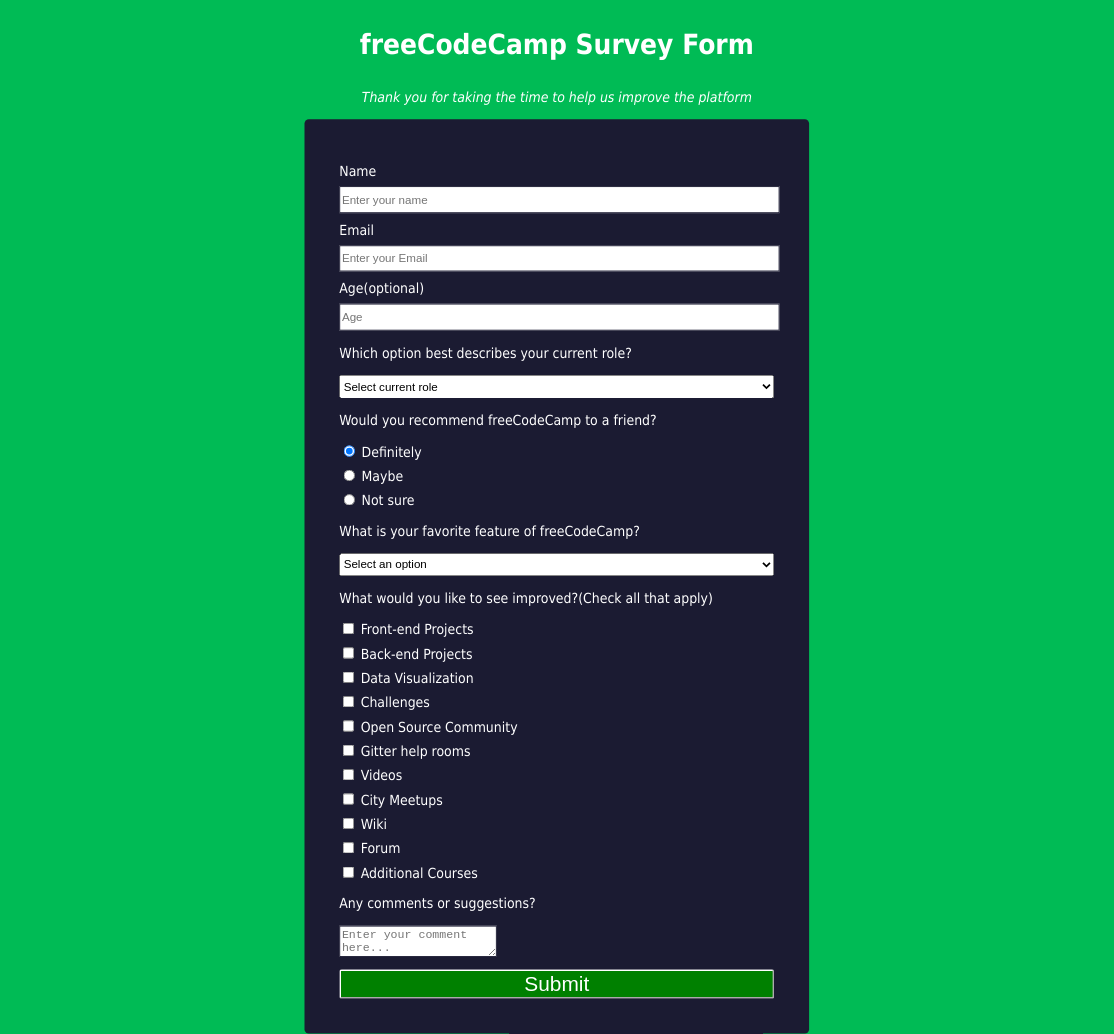
Repository: Lungdjos/survey_form_certification
Page: index.html
An editor plug-in stored every save of this project. The page is shown before and after the next save, followed by the edit.
The browser window is 1280 px wide. The pictures show the whole page, at 87% of full size.

Above is the page before, as saved 2023-10-10 12:58:22.

### index.html
<!DOCTYPE html>
<html lang="en">

<head>
    <meta charset="UTF-8">
    <meta name="viewport" content="width=device-width, initial-scale=1.0">
    <title>Survey Form</title>
    <link rel="stylesheet" href="styles.css">
</head>

<body>
    <div class="container">
        <header class="header">
            <h1 id="title" class="text-center">freeCodeCamp Survey Form</h1>
            <p id="description" class="description text-center">
                Thank you for taking the time to help us improve the platform
            </p>
        </header>
        <form id="survey-form">
            <div class="form-group">
                <label id="name-label" for="name">Name</label>
                <input type="text" name="name" id="name" class="form-control" placeholder="Enter your name" required />
            </div>
            <div class="form-group">
                <label id="email-label" for="email">Email</label>
                <input type="email" name="email" id="email" class="form-control" placeholder="Enter your Email" required />
            </div>
            <div class="form-group">
                <label id="number-label" for="number">Age<span class="clue">(optional)</span></label>
                <input type="number" name="age" id="number" min="10" max="99" class="form-control" placeholder="Age" />
            </div>
            <div class="form-group">
                <p>Which option best describes your current role?</p>
                <select id="dropdown" name="role" class="form-control" required>
                    <option disabled selected value>Select current role</option>
                    <option value="student">Student</option>
                    <option value="job">Full Time Job</option>
                    <option value="learner">Full Time Learner</option>
                    <option value="preferNo">Prefer not to say</option>
                    <option value="other">Other</option>
                </select>
            </div>

            <div class="form-group">
                <p>Would you recommend freeCodeCamp to a friend?</p>
                <label><input name="user-recommend" value="definitely" type="radio" class="input-radio" checked /> Definitely</label>
                <label><input name="user-recommend" value="maybe" type="radio" class="input-radio" /> Maybe</label>
                <label><input name="user-recommend" value="not-sure" type="radio" class="input-radio" /> Not sure</label>
            </div>

            <div class="form-group">
                <p>What is your favorite feature of freeCodeCamp?</p>
                <select id="most-like" name="mostLike" class="form-control" required>
                    <option disabled selected value>Select an option</option>
                    <option value="challenges">Challenges</option>
                    <option value="projects">Projects</option>
                    <option value="community">Community</option>
                    <option value="openSource">Open Source</option>
                </select>
            </div>

            <div class="form-group">
                <p>What would you like to see improved?<span class="clue">(Check all that apply)</span></p>
                <label><input name="prefer" value="front-end-projects" type="checkbox" class="input-checkbox" /> Front-end Projects</label>
                <label><input name="prefer" value="back-end-projects" type="checkbox" class="input-checkbox" /> Back-end Projects</label>
                <label><input name="prefer" value="data-visualization" type="checkbox" class="input-checkbox" /> Data Visualization</label>
                <label><input name="prefer" value="challenges" type="checkbox" class="input-checkbox" /> Challenges</label>
                <label><input name="prefer" value="open-source-community" type="checkbox" class="input-checkbox" /> Open Source Community</label>
                <label><input name="prefer" value="gitter-help-rooms" type="checkbox" class="input-checkbox" /> Gitter help rooms</label>
                <label><input name="prefer" value="videos" type="checkbox" class="input-checkbox" /> Videos</label>
                <label><input name="prefer" value="city-meetups" type="checkbox" class="input-checkbox" /> City Meetups</label>
                <label><input name="prefer" value="wiki" type="checkbox" class="input-checkbox" /> Wiki</label>
                <label><input name="prefer" value="forum" type="checkbox" class="input-checkbox" /> Forum</label>
                <label><input name="prefer" value="additional-courses" type="checkbox" class="input-checkbox" /> Additional Courses</label>
            </div>

            <div class="form-group">
                <p>Any comments or suggestions?</p>
                <textarea id="comments" class="input-textarea" name="comment" placeholder="Enter your comment here..."></textarea>
            </div>

            <div class="form-group">
                <button type="submit" id="submit" class="submit-button">Submit</button>
            </div>
        </form>
    </div>
</body>

</html>

### styles.css
/* designs for the survey form */


/* CSS for the Registration Form */

body {
    width: 100%;
    height: 100vh;
    /* will need to set the value to */
    margin: 15px 0 15px 0;
    color: #fff;
    font-size: 16px;
    font-family: Tahoma;
    background-color: #0b5;
}

label {
    display: block;
    margin: .5rem 0;
}

a {
    color: #dfdfe2;
}

a:hover {
    color: blanchedalmond;
    text-decoration: none;
}

a:active {
    color: #0a0a23;
}

fieldset {
    margin: 15px;
    border-radius: 10px;
    border: 3px solid #3b3b4f;
    padding: 1rem;
}

.form-group {
    margin: 10px 0 0 0;
    width: 100%;
    border-radius: 3px;
    min-height: 2em;
}

input,
textarea {
    background-color: #fff;
    border: 1px solid #0a0a23;
    color: #0a0a23;
    ;
}

#title,
#description {
    margin: 1em auto;
    text-align: center;
}

#description {
    font-style: italic;
}

#survey-form {
    /* margin: 0px 30px 0px 30px; */
    margin: 0 auto;
    max-width: 500px;
    min-width: 300px;
    width: 60vw;
    background-color: #1b1b32;
    border-radius: 5px;
    padding: 40px;
}

button:hover {
    background-color: blanchedalmond;
    margin-bottom: 2em;
    color: #0a0a23;
    border: 4px solid #3b3b4f;
    border-radius: 8px;
}

button {
    display: block;
    width: 100%;
    margin: auto;
    font-size: 1.5rem;
    background-color: green;
    color: #fff;
    border-color: white;
    min-width: 1em;
    border-radius: 3px;
}

input[type="text"],
input[type="email"],
input[type="number"],
select {
    width: 100%;
    margin: auto;
    height: 2em;
}

After the next save:
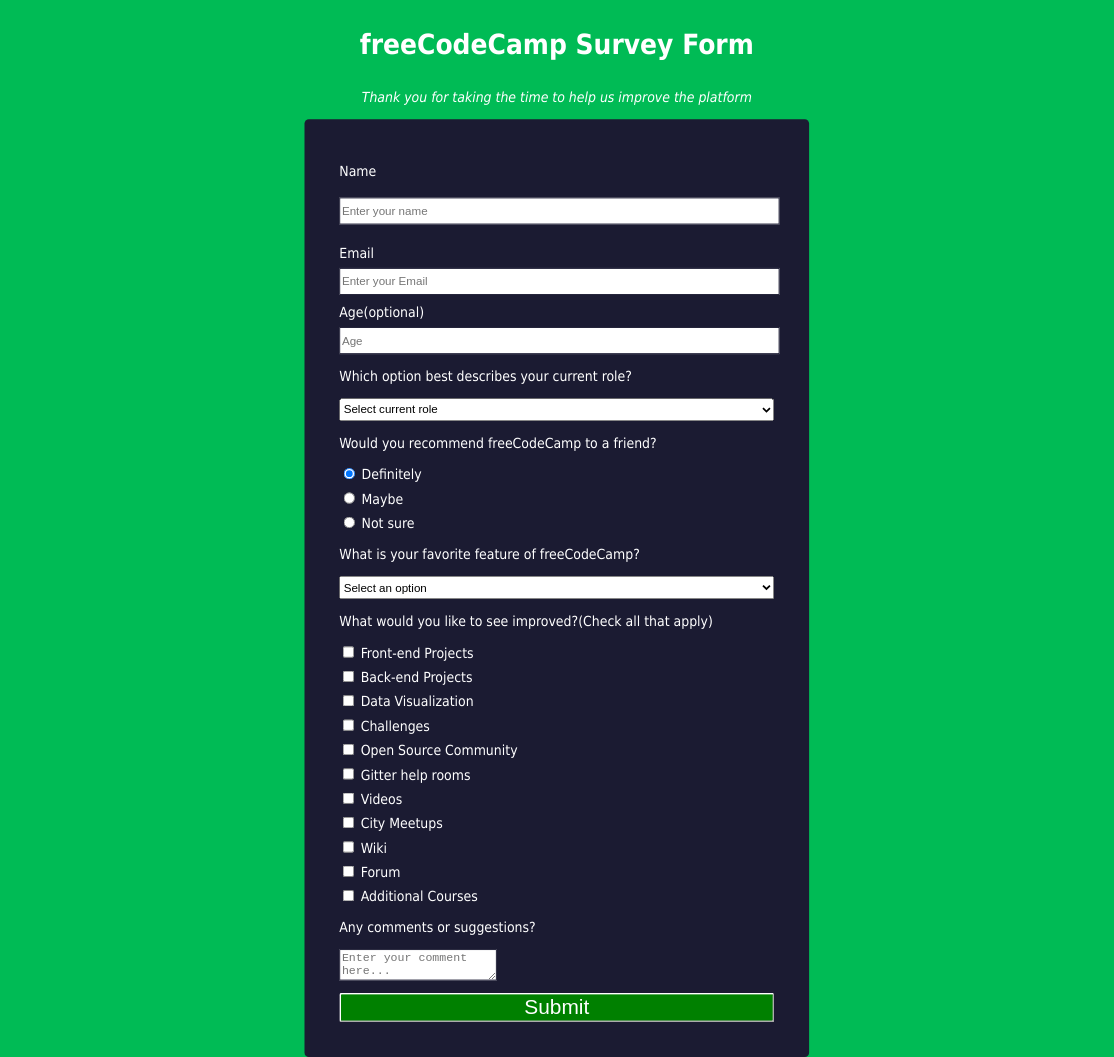
Saved 5 s later.
--- a/styles.css
+++ b/styles.css
@@ -103,3 +103,9 @@
     margin: auto;
     height: 2em;
 }
+
+input[type="text"] {
+    width: 100%;
+    margin: 1em auto;
+    height: 2em;
+}

After the save that followed:
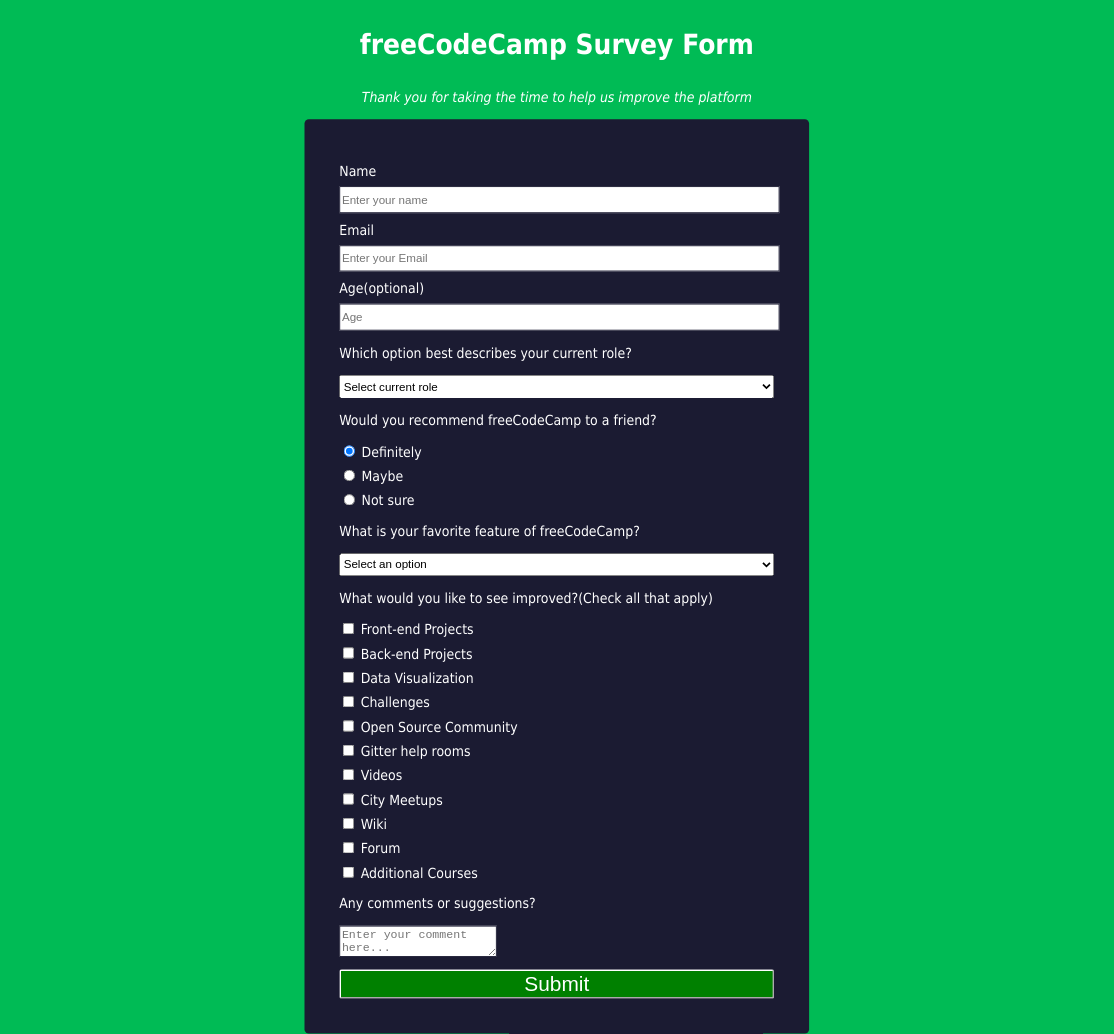
Saved 8 s later.
--- a/styles.css
+++ b/styles.css
@@ -104,7 +104,7 @@
     height: 2em;
 }
 
-input[type="text"] {
+tet {
     width: 100%;
     margin: 1em auto;
     height: 2em;
